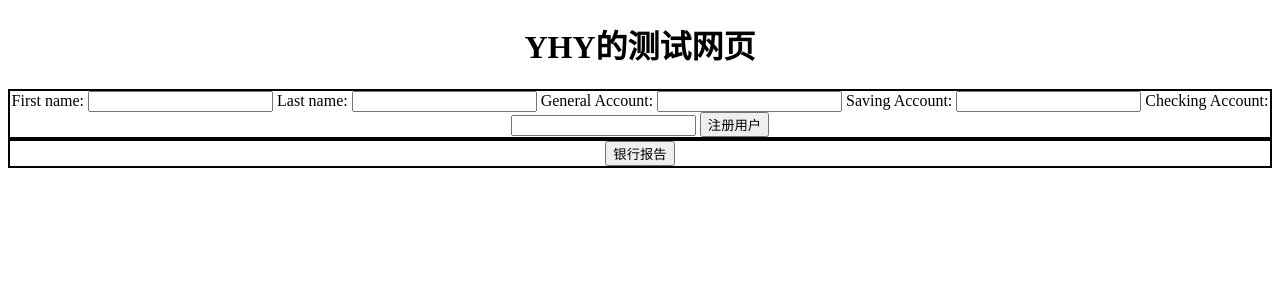
Repository: Darkmoon1/Bank-java-
Page: Bank/myBank/WebContent/home.html
The author's editor kept a copy of each file at every save. The page is drawn from the files as they stood at one save, then again after the next save.
The browser window is 1280 px wide. The pictures show the whole page.

Above is the page before, as saved 2017-07-13 18:07:30.

### Bank/myBank/WebContent/home.html
<!DOCTYPE html>
<html lang="en">
<head>
	<meta charset="UTF-8">
    <meta name="viewport"
          content="width=device-width, user-scalable=no, initial-scale=1.0, maximum-scale=1.0, minimum-scale=1.0">
    <meta http-equiv="X-UA-Compatible" content="text/html">
    <script type="text/javascript" src="js/jquery.js"></script>
    <script type="text/javascript" src="js/test.js"></script>
    <style type="text/css">
    body{
        text-align:center;
    }
    div{
    	border: 2px solid black;
    }

    h1{
    	left:
    }

    </style>
<title>bank</title>
</head>
	<body>
	<h1>YHY的测试网页</h1>
	<div>
	<form action="MyServlet" method="post">
	<label>First name:</label>
	<input	id="fname" type="text" name="fname" required="required"/>
	<label>Last name: </label>
  	<input id="lname" type="text" name="lname" required="required"/>
  	<label>General Account:</label>
  	<input id="GA" type="text" name="GA" required="required"/>
  	<label>Saving Account:</label>
  	<input id="SA" type="text" name="SA" required="required"/>
  	<label>Checking Account:</label>
  	<input id="CA" type="text" name="CA" required="required"/>
  	<input  id="regist"	type="submit"  value = "注册用户" />
	</form>
	</div>
	<div>
	<form action="MyReportServlet" method = "post">
	<input  id="report" type="submit" value = "银行报告"/>
	</form>

	</div>
</body>
</html>

### Bank/myBank/WebContent/js/test.js
function regist(){


}

Loaded but not shown: Bank/myBank/WebContent/js/jquery.js (library)

After the next save:
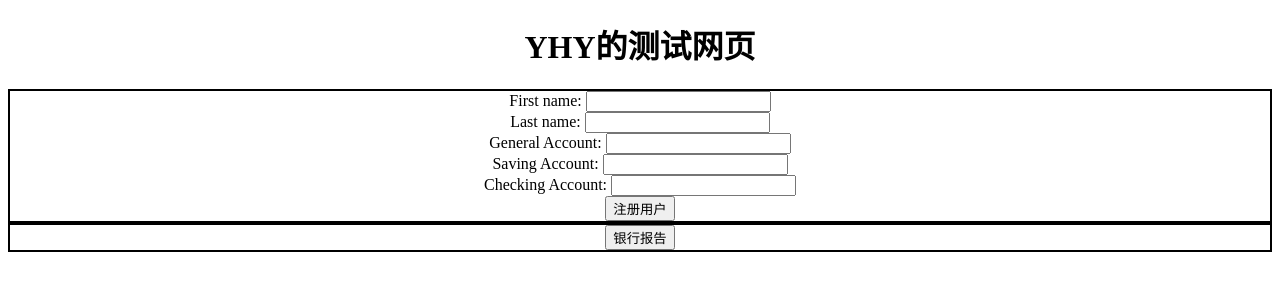
Saved 50 s later.
--- a/Bank/myBank/WebContent/home.html
+++ b/Bank/myBank/WebContent/home.html
@@ -28,14 +28,19 @@
 	<form action="MyServlet" method="post">
 	<label>First name:</label>
 	<input	id="fname" type="text" name="fname" required="required"/>
+	<br>
 	<label>Last name: </label>
   	<input id="lname" type="text" name="lname" required="required"/>
+	<br>
   	<label>General Account:</label>
   	<input id="GA" type="text" name="GA" required="required"/>
+	<br>
   	<label>Saving Account:</label>
   	<input id="SA" type="text" name="SA" required="required"/>
+	<br>
   	<label>Checking Account:</label>
   	<input id="CA" type="text" name="CA" required="required"/>
+	<br>
   	<input  id="regist"	type="submit"  value = "注册用户" />
 	</form>
 	</div>
